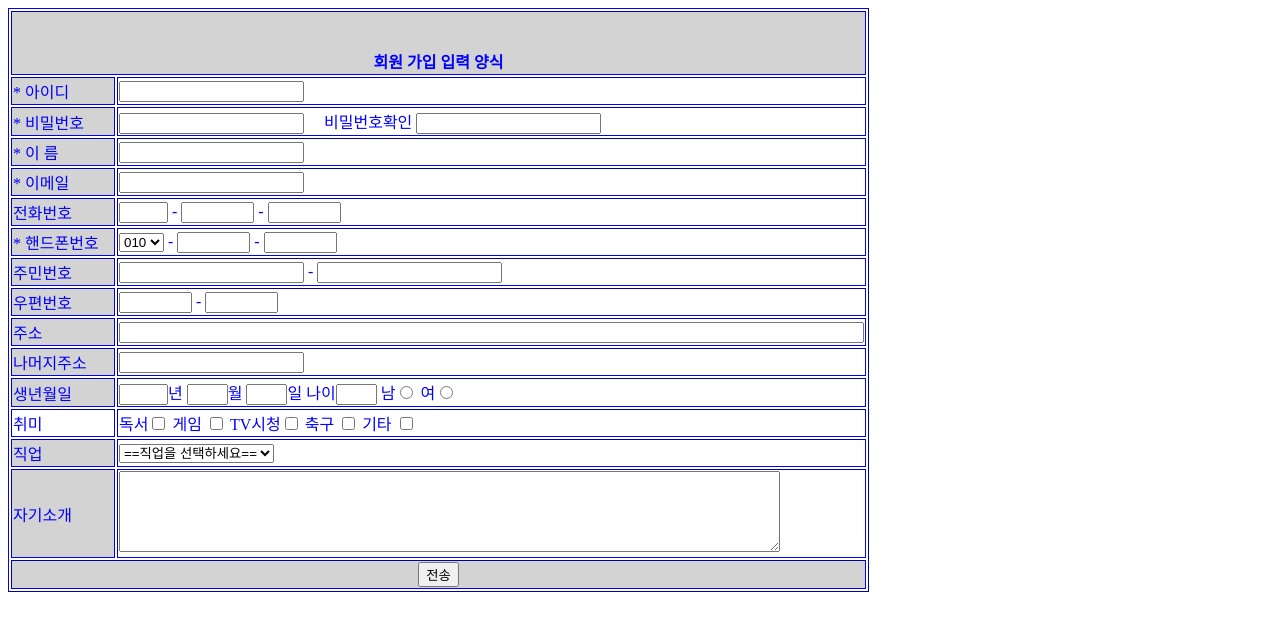
Repository: vkfkstptkd1/WebProgramming
Page: ch3_FormTag/WebContent/In_Form.html
An editor plug-in stored every save of this project. The page is shown before and after the next save, followed by the edit.
The browser window is 1280 px wide. The pictures show the whole page.

Above is the page before, as saved 2021-03-20 09:00:14.

### ch3_FormTag/WebContent/In_Form.html
<!DOCTYPE html>
<html>
<head>
<meta charset="EUC-KR">
<title>First Practice : In_ Form</title>
<style type="text/css">
.style1{border-color:blue;color:blue;}
.style0{color:blue;background-color:lightgrey;}
</style>
</head>
<body>
<form action= "In_Form_ok.jsp" method="post">
	<table class="style1" border="1">
	<tr><th class="style0" colspan=2><br><br>회원 가입 입력 양식</th></tr><!--표제목  -->
	<tr><td class="style0" width= "100"> * 아이디</td>
		<td width="500"> <input type="text" name="id"></td>
	</tr>
	<tr><td class="style0"> * 비밀번호</td>
		<td class="style1"> <input type="text" name="pwd"> &nbsp;&nbsp;&nbsp;&nbsp;비밀번호확인 <input type="text" name="pwdok">
		</td>
	</tr>
	<tr><td class="style0"> * 이 름</td>
		<td class="style1"> <input type="text" name="name"></td>
	</tr>
	<tr><td class="style0"> * 이메일</td>
		<td class="style1"> <input type="text" name="email"></td>
	</tr>
	<tr><td class="style0"> 전화번호</td>
		<td class="style1"><input type="text" name="homenumber" size=3>
			-
			<input type="text" name="homenumber" size=6>
			-
			<input type="text" name="homenumber" size=6>
		</td>
	</tr>
	<tr><td class="style0"> * 핸드폰번호</td>
		<td class="style1">
		<SELECT NAME="phonenumber1">
		<OPTION VALUE="010">010</OPTION>
		<OPTION VALUE="011">011</OPTION>
		<OPTION VALUE="012">012</OPTION>
		</SELECT>
		-
		<input type="text" name="phonenumber2" size=6>
		-
		<input type="text" name="phonenumber3" size=6>
		</td>
	</tr>
	<tr><td class="style0"> 주민번호</td>
		<td class="style1">
			 <input type="text" name="ssn1">
			 -
			 <input type="text" name="ssn2">
		</td>
	</tr>
	<tr><td class="style0"> 우편번호</td>
		<td class="style1">
			 <input type="text" name="pn1" size=6>
			 -
			 <input type="text" name="pn2" size=6></td>
	</tr>
	<tr><td class="style0"> 주소</td>
		<td class="style1"> <input type="text" name="ad" size=90 ></td>
	</tr>
	<tr><td class="style0"> 나머지주소</td>
		<td class="style1"> <input type="text" name="remainderad"></td>
	</tr>
	<tr><td class="style0"> 생년월일</td>
		<td> <input type="text" name="year" size=3>년
			 <input type="text" name="month" size=2>월
			 <input type="text" name="day" size=2>일
			 나이<input type="text" name="age" size=2>
			 남<input type="radio" name="gender" value="남">
			 여<input type="radio" name="gender" value="여">
		</td>
	</tr>
	<tr><td class="style1"> 취미</td>
		<td class="style1">
			 독서<input type="checkbox" name="hobby" value="독서">
			 게임	<input type="checkbox" name="hobby" value="게임">
		   TV시청<input type="checkbox" name="hobby" value="TV시청">
			 축구	<input type="checkbox" name="hobby" value="축구">
			 기타	<input type="checkbox" name="hobby" value="기타">
		</td>
	</tr>
	<tr><td class="style0"> 직업</td>
		<td >
		<SELECT NAME="job">
         <OPTION VALUE="">==직업을 선택하세요==</OPTION>
         <OPTION VALUE="학생">학생</OPTION>
         <OPTION VALUE="회사원">회사원</OPTION>
         <OPTION VALUE="군인">군인</OPTION>
         <OPTION VALUE="기타">기타</OPTION>
	    </SELECT>
	    </td>
	</tr>
	<tr><td class="style0"> 자기소개</td>
		<td class="style1">
		<textarea name="intro" rows=5 cols=80 ></textarea>
		</td>
	</tr>
	<tr>
		<td class="style0" colspan="2"><center><input type="submit" value="전송" ></center></td>
	</tr>
	</table>
</form>
</body>
</html>

After the next save:
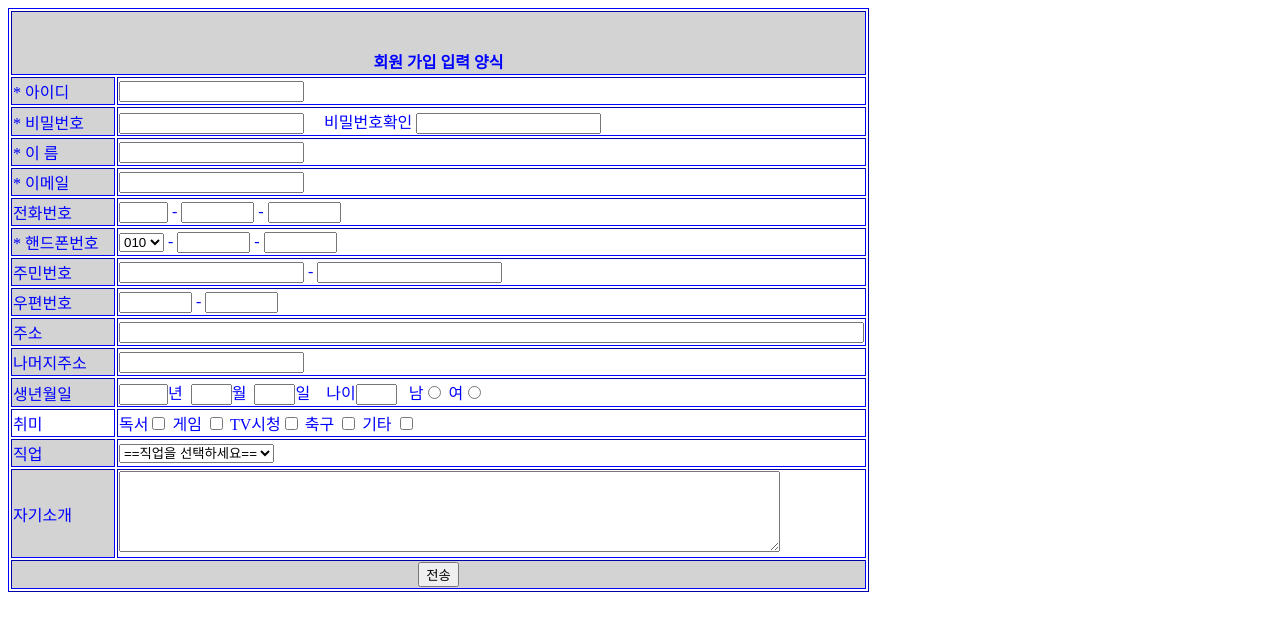
Saved 2 min 0 s later.
--- a/ch3_FormTag/WebContent/In_Form.html
+++ b/ch3_FormTag/WebContent/In_Form.html
@@ -66,10 +66,10 @@
 		<td class="style1"> <input type="text" name="remainderad"></td>
 	</tr>
 	<tr><td class="style0"> 생년월일</td>
-		<td> <input type="text" name="year" size=3>년
-			 <input type="text" name="month" size=2>월
-			 <input type="text" name="day" size=2>일
-			 나이<input type="text" name="age" size=2>
+		<td> <input type="text" name="year" size=3>년&nbsp;
+			 <input type="text" name="month" size=2>월&nbsp;
+			 <input type="text" name="day" size=2>일&nbsp;&nbsp;&nbsp;
+			 나이<input type="text" name="age" size=2>&nbsp;&nbsp;
 			 남<input type="radio" name="gender" value="남">
 			 여<input type="radio" name="gender" value="여">
 		</td>
